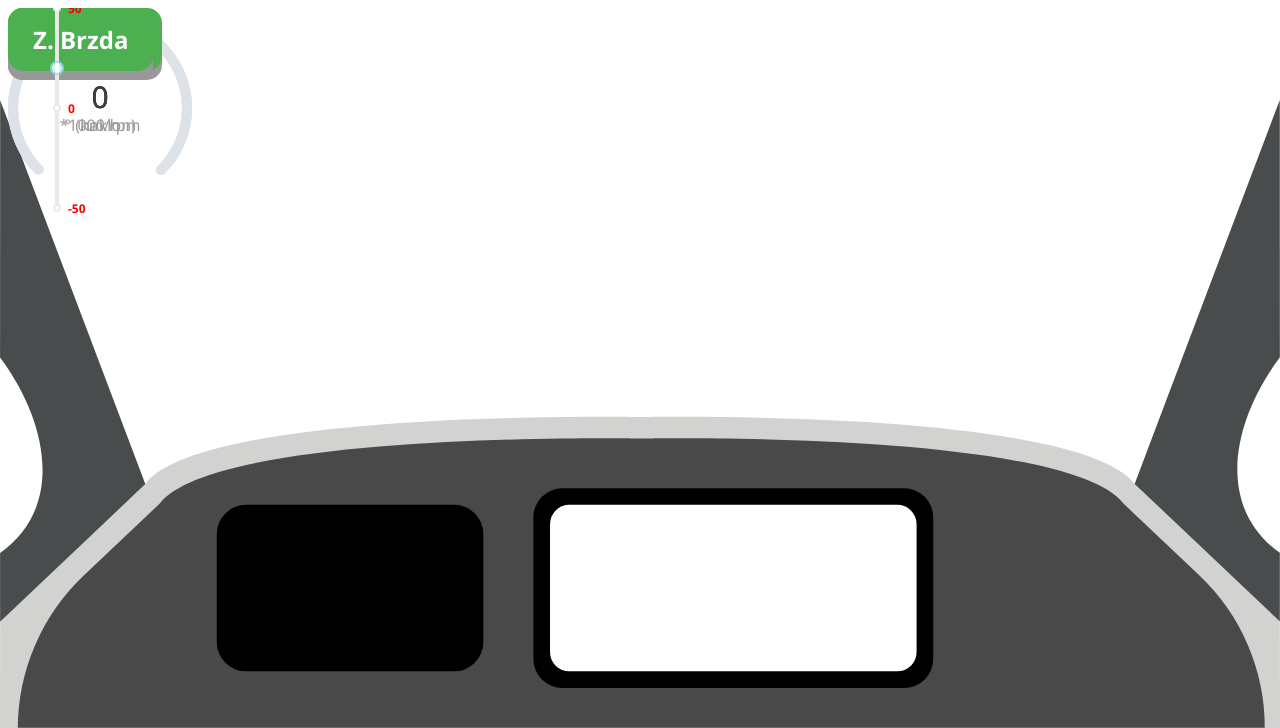
Repository: matyasvelc/train
Page: / (app in frontend/)
An editor plug-in stored every save of this project. The page is shown before and after the next save, followed by the edit.
The browser window is 1280 px wide. The pictures show the whole page.
The page's requests for data from a server got no answer. The project was rebuilt for these pictures with package versions that can differ from the ones it lists, and the page was loaded fresh each time. No one was signed in, and anything a server would have sent is missing.

Above is the page before, as saved 2022-04-04 16:43:53.

### frontend/src/index.js
import React, { useEffect } from 'react'
import ReactDOM from 'react-dom'
import Progress from './lib/progress'
import './styles.css'
import Slider, { Range } from 'rc-slider';
import 'rc-slider/assets/index.css';

async function postData(url = '', data = {}) {
  // Default options are marked with *
  const response = await fetch(url, {
    method: 'POST', // *GET, POST, PUT, DELETE, etc.
    cache: 'no-cache', // *default, no-cache, reload, force-cache, only-if-cached
    headers: {
      'Content-Type': 'application/json'
    },
    redirect: 'follow', // manual, *follow, error
    referrerPolicy: 'no-referrer', // no-referrer, *no-referrer-when-downgrade, origin, origin-when-cross-origin, same-origin, strict-origin, strict-origin-when-cross-origin, unsafe-url
    body: JSON.stringify(data) // body data type must match "Content-Type" header
  });
  return response.json(); // parses JSON response into native JavaScript objects
}

const style = { float: 'left', width: 160, height: 200, marginBottom: 160, marginLeft: 50 };
const parentStyle = { overflow: 'hidden' };

const marks = {
  '-50': {
    style: {
      color: 'red',
    },
    label: <strong>-50</strong>,
  },
  0: {
    style: {
      color: 'red',
    },
    label: <strong>0</strong>,
  },
  50: {
    style: {
      color: 'red',
    },
    label: <strong>50</strong>,
  },
};

function App() {
  const [temp, setTemp] = React.useState()
  const [rpm, setRpm] = React.useState()
  const [speed, setSpeed] = React.useState()
  const [svetlo, setSvetlo] = React.useState()
  const [rychlost, setRychlost] = React.useState()

  useEffect(() => {
    const timer = setInterval(() => {
      fetch('http://127.0.0.1:5000/getSpeed')
        .then(res => {
          return res.json();
        })
        .then(data => {
          setSpeed(data.speed);
        });
    }, 1000);

    return () => clearInterval(timer);
  }, []);

  useEffect(() => {
    const timer = setInterval(() => {
      fetch('http://127.0.0.1:5000/getAngle')
        .then(res => {
          return res.json();
        })
        .then(data => {
          setTemp(data.angle);
        });
    }, 1000);

    return () => clearInterval(timer);
  }, []);

  useEffect(() => {
    const timer = setInterval(() => {
      fetch('http://127.0.0.1:5000/getRpm')
        .then(res => {
          return res.json();
        })
        .then(data => {
          setRpm(data.engine_speed);
        });
      }, 1000);

      return () => clearInterval(timer);
  }, []);

  function Svetlo() {
    console.log(svetlo);
    setSvetlo(!svetlo);
    postData('http://127.0.0.1:5000/setLightStatus', {"lights": !svetlo})
  }

  function Rychlost(value) {
    console.log(value);
    setRychlost(value);
    postData('http://127.0.0.1:5000/setSpeed', {"speed": value})
  }

  return (
    <div className="demo">
      <div className='vlak'>
      <div className='budik1'>
      <Progress
        progress={rpm}
        max={4}
        subtitle="*1000 rpm"
        reduction={0.25}
        hideBall
        strokeWidth={10}
        gradient={[{stop: 0.0, color: '#f6416d'}, {stop: 1, color: '#fa6d7c'}]} />
      </div>
      <div className='budik2'>
      <Progress
        progress={speed}
        max={100}
        subtitle="km/h"
        reduction={0.25}
        hideBall
        strokeWidth={10} />
      </div>
      <div className='budik3'>
      <Progress
        progress={temp}
        min={-45}
        max={45}
        subtitle="° (naklon)"
        strokeWidth={10}
        reduction={0.25}
        hideBall
        gradient={[{stop: 0.0, color: '#f6416d'}, {stop: 1, color: '#fa6d7c'}]} />
      </div>
        </div>
        <input id='svetla' class="svetla" onClick={Svetlo} checked={svetlo} type='checkbox'></input>
        <label class="button a" htmlFor='svetla'>Světla</label>
        <button class="button b" >Katapult</button>
        <button class="button c" >Klakson</button>
        <button class="button d" >Z. Brzda</button>
        <div style={parentStyle}>
          <div style={style}>
            <Slider vertical min={-50} max={50} step={2} marks={marks} included={false} onAfterChange={Rychlost} defaultValue={20}/>
          </div>
        </div>
        </div>
  )
}

ReactDOM.render(<App />, document.getElementById('root'))

### frontend/src/styles.css
body {
  background: none;
  font-family: 'Segoe UI', Tahoma, Geneva, Verdana, sans-serif;
  caret-color: transparent;
  user-select: none;
  overflow: hidden;
  padding: 0;
  left: 0;
  width: 100%;
  height: 100%;
}

.demo > div {
  width: 100%;
  height: 100%;
  position: absolute;
  left: 0;
  display: inline-block;
}
.vlak {
  background-image:url(./train.svg);
  background-repeat: no-repeat;
  background-size: 100%;
  width: 100%;
  height: 100%;
  overflow: hidden;
  background-position: bottom;
  position: absolute;
  display: inline-block;
}
.budik1{
  position: absolute;
  top: ;
  left: ;
}
.budik2{
  position: absolute;
  top: ;
  left: ;
}
.budik3{
  position: absolute;
  top: ;
  left: ;
}
.button {
  font-family: 'Segoe UI', Tahoma, Geneva, Verdana, sans-serif;
  display: inline-block;
  padding: 15px 25px;
  font-size: 24px;
  cursor: pointer;
  text-align: center;
  text-decoration: none;
  outline: none;
  color: #fff;
  background-color: #4CAF50;
  border: none;
  border-radius: 15px;
  box-shadow: 0 9px #999;
  caret-color: transparent;
  user-select: none;
  font-weight:600;
  position: absolute;
}
.button:active {
  background-color: #3e8e41;
  box-shadow: 0 5px #666;
  transform: translateY(4px);
}
.a{
  position: absolute;
  top: ;
  left: ;
}
.b{
  position: absolute;
  top: ;
  left: ;
}
.c{
  position: absolute;
  top: ;
  left: ;
}
.d{
  position: absolute;
  top: ;
  left: ;
}
.svetla{
  display: none;
  caret-color: transparent;
  user-select: none;
  position: absolute;
}
.svetla:checked + .button{
  background-color: #3e8e41;
  box-shadow: 0 5px #666;
  transform: translateY(4px);
}
.rychlost{
  user-select:all;
  position: absolute;
}

### frontend/src/lib/progress.module.css
.progress {
  font-family: 'Segoe UI', Tahoma, Geneva, Verdana, sans-serif;
  width: 200px;
}

.svg {
  display: block;
  width: 100%;
}

Loaded but not shown: frontend/public/index.html (common file); frontend/src/lib/progress.js (library)

After the next save:
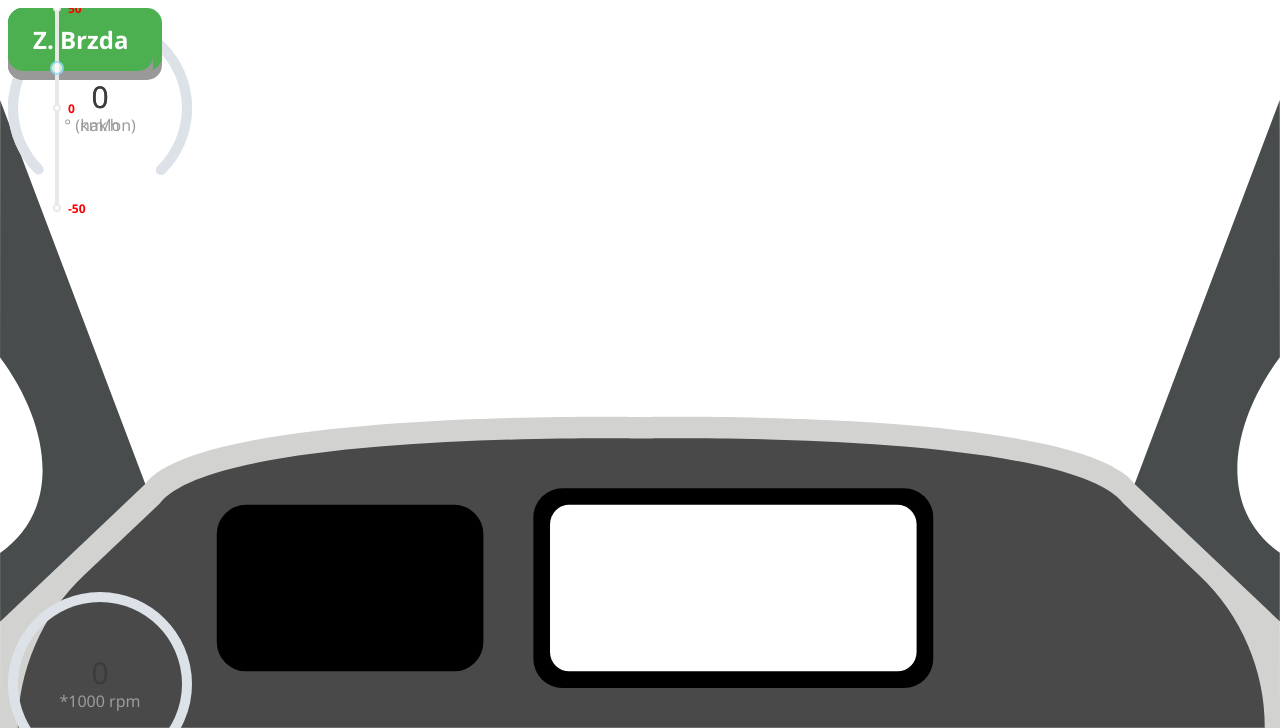
Saved 37 s later.
--- a/frontend/src/styles.css
+++ b/frontend/src/styles.css
@@ -30,7 +30,7 @@ body {
 }
 .budik1{
   position: absolute;
-  top: ;
+  top: 80%;
   left: ;
 }
 .budik2{
@@ -101,4 +101,6 @@ body {
 .rychlost{
   user-select:all;
   position: absolute;
+  top: ;
+  left: ;
 }
